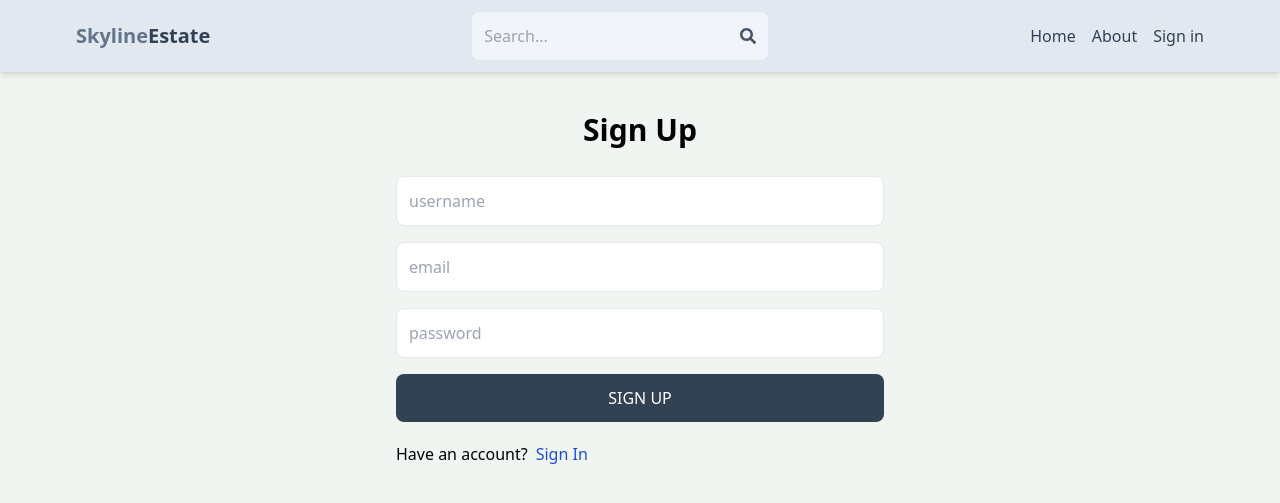
Repository: stavan30/mern-estate
Page: /sign-up (app in client/)
These files come from the project's save history. The page is drawn as it stood at one moment and after the next save; the edit follows.
The browser window is 1280 px wide. The pictures show the whole page.
The project was rebuilt for these pictures with package versions that can differ from the ones it lists, and the page was loaded fresh each time. Also part of the build but not shown: client/vite.config.js, client/src/pages/About.jsx, client/src/pages/Home.jsx, client/src/pages/Profile.jsx, client/src/pages/SignIn.jsx.

Above is the page before, as saved 2024-01-19 02:38:17.

After the next save:
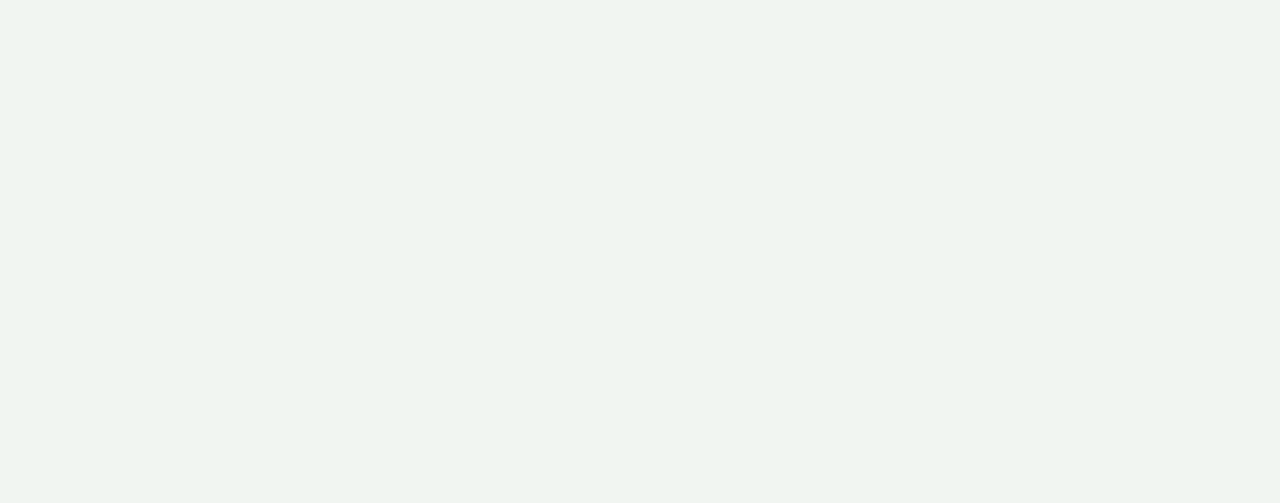
Console error: ReferenceError: cosnt is not defined
Saved 13 h 5 min later.
--- a/client/src/pages/SignUp.jsx
+++ b/client/src/pages/SignUp.jsx
@@ -1,6 +1,16 @@
+import { useState } from 'react';
 import { Link } from 'react-router-dom';
 
 export default function SignUp() {
+  cosnt [formData, setFormData] = useState({});
+  const handleChange = (e) => {
+    setFormData({
+      ...formData,
+      [e.target.id]: e.target.id
+    })
+  }
+  console.log(formData);
+
   return (
     <div className='p-3 max-w-lg mx-auto'>
       <h1 className='text-3xl text-center font-semibold my-7'>
@@ -8,13 +18,13 @@
       </h1>
       <form className='flex flex-col gap-4'>
         <input type="text" placeholder='username'
-        className='border p-3 rounded-lg' id='username'/>
+        className='border p-3 rounded-lg' id='username' onChange={handleChange}/>
 
         <input type="text" placeholder='email'
-        className='border p-3 rounded-lg' id='email'/>
+        className='border p-3 rounded-lg' id='email' onChange={handleChange}/>
 
         <input type="text" placeholder='password'
-        className='border p-3 rounded-lg' id='password'/>
+        className='border p-3 rounded-lg' id='password' onChange={handleChange}/>
 
         <button className='bg-slate-700 text-white p-3 rounded-lg uppercase hover:opacity-95 disabled:opacity-80'>
           Sign Up

After the save that followed:
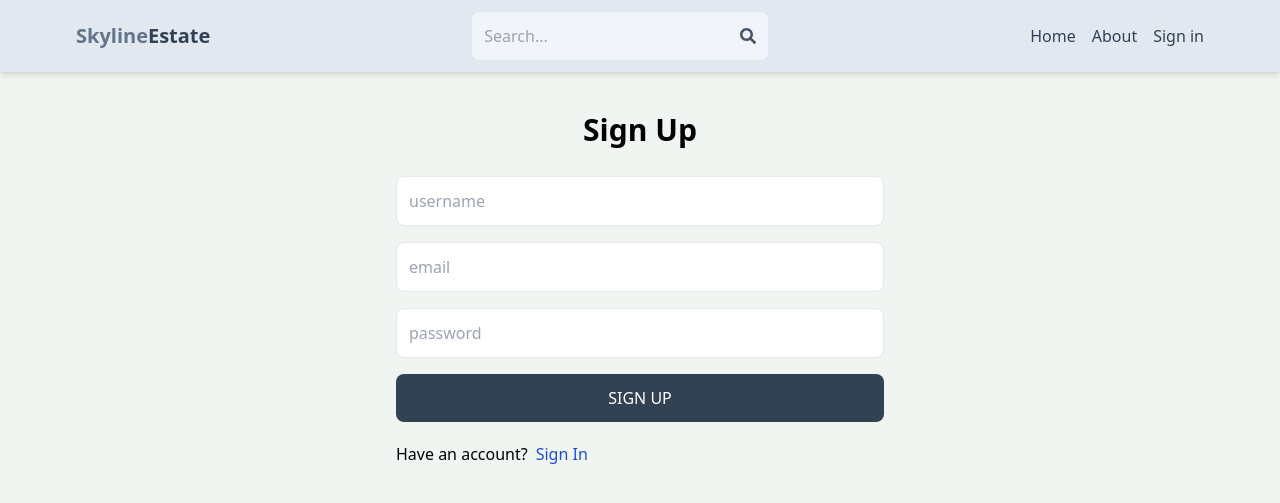
The error is gone.
Saved 8 min 45 s later.
--- a/client/src/pages/SignUp.jsx
+++ b/client/src/pages/SignUp.jsx
@@ -2,7 +2,7 @@
 import { Link } from 'react-router-dom';
 
 export default function SignUp() {
-  cosnt [formData, setFormData] = useState({});
+  const [formData, setFormData] = useState({});
   const handleChange = (e) => {
     setFormData({
       ...formData,
